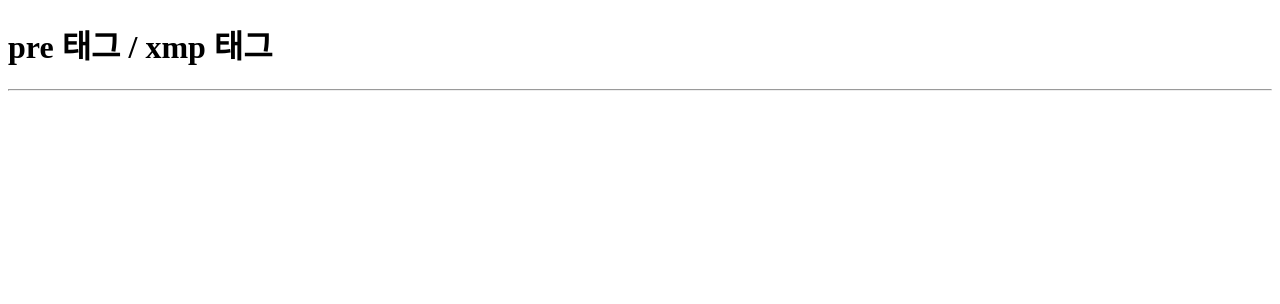
Repository: jp0301/WebStudy
Page: WebApp01/WebContent/Test008.html
These files come from the project's save history. The page is drawn as it stood at one moment and after the next save; the edit follows.
The browser window is 1280 px wide. The pictures show the whole page.

Above is the page before, as saved 2022-09-27 01:08:03.

After the next save:
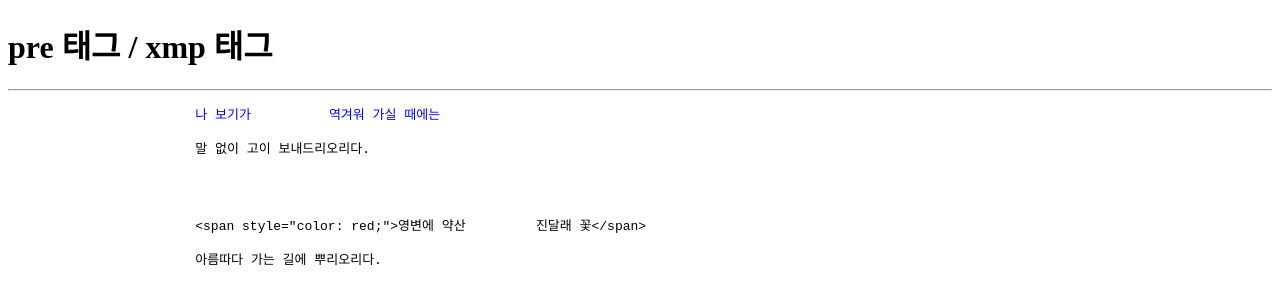
Saved 100 s later.
--- a/WebApp01/WebContent/Test008.html
+++ b/WebApp01/WebContent/Test008.html
@@ -12,6 +12,18 @@
 	</div>
 
 	<div>
+		<pre>
+			<span style="color: blue">나 보기가          역겨워 가실 때에는</span>
+
+			말 없이 고이 보내드리오리다.
+
+		</pre>
+
+		<xmp>
+			<span style="color: red;">영변에 약산         진달래 꽃</span>
+
+			아름따다 가는 길에 뿌리오리다.
+		</xmp>
 
 	</div>
 
